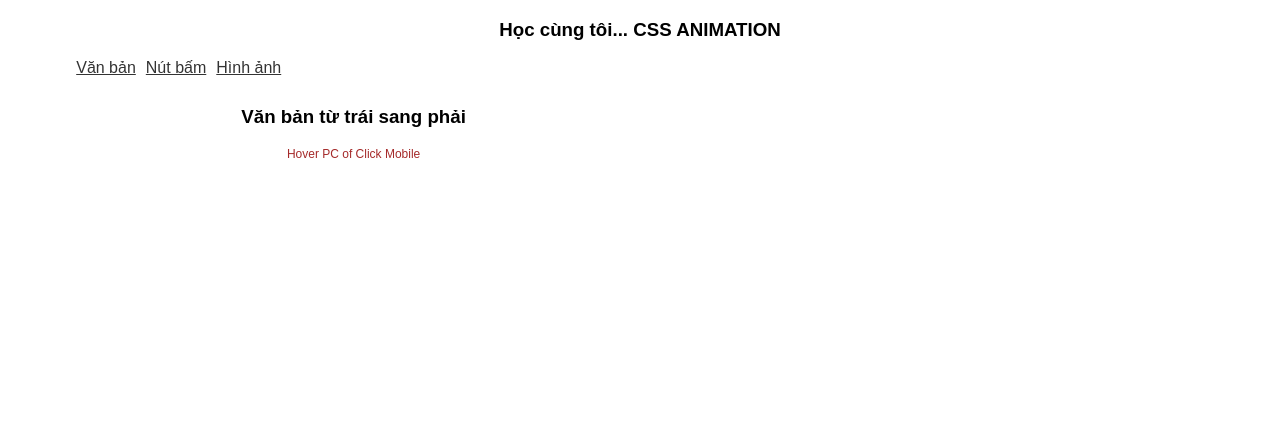
Repository: phuchoa2001/cssanimationNextjs
Page: /
An editor plug-in stored every save of this project. The page is shown before and after the next save, followed by the edit.
The browser window is 1280 px wide. The pictures show the whole page.
The project was rebuilt for these pictures with package versions that can differ from the ones it lists, and the page was loaded fresh each time. The framework's server and built-in components were replaced by stand-ins that run in the browser. Also part of the build but not shown: next.config.js.

Above is the page before, as saved 2022-09-14 18:11:14.

### pages/index.js
import Link from "next/link";

import Item from "../components/Item/Item";

export default function Home({ products }) {
  return (
    <div className="App" id="app">
      <div className='wrapper' >
        <h3 className='text'>Học cùng tôi... CSS ANIMATION</h3>
        <div className='listLink'>
          <a href="#text" className='link'>Văn bản</a>
          <a href="#button" className='link'>Nút bấm</a>
          <a href="#image" className='link'>Hình ảnh</a>
        </div>
        <div className="list">
          <Item />
        </div>
      </div>
    </div>
  );
}

/**
 * Get all of the posts and pass it as the "posts" prop
 */
// export async function getStaticProps() {
//   const res = await fetch("https://6321206282f8687273ad17ab.mockapi.io/test/products");
//   const products = await res.json();
//   return { props: { products } };
// }

### styles/globals.css
html {
  scroll-behavior: smooth;
}
body {
  font-family: sans-serif;
}
.wrapper {
  width: 90%;
  margin: 0 auto;
}
.list {
  display: grid;
  grid-template-columns: repeat(2, 1fr);
  gap: 8px;
}
.components {
  border: 1px solid #333;
  height: 300px;
}
.text {
  text-align: center;
}
.listLink {
  margin: 10px 0px;
}
.link {
  color: #333;
  margin: 0px 5px;
}
@media only screen and (max-width: 1023px) {
  .list {
    grid-template-columns: repeat(1, 1fr);
    gap: 8px;
  }
}

### components/Item/Item.jsx
import React from "react";
import styled from "styled-components";

const ItemStyles = styled.div`
  .title {
    text-align: center;
  }
  .note {
    font-size: 12px;
    text-align: center;
    color: brown;
  }
`;

function Item() {
  return (
    <ItemStyles>
      <h3 className="title">Văn bản từ trái sang phải</h3>
      <p className="note">Hover PC of Click Mobile</p>
    </ItemStyles>
  );
}

export default Item;

Loaded but not shown: pages/_app.js (common file)

After the next save:
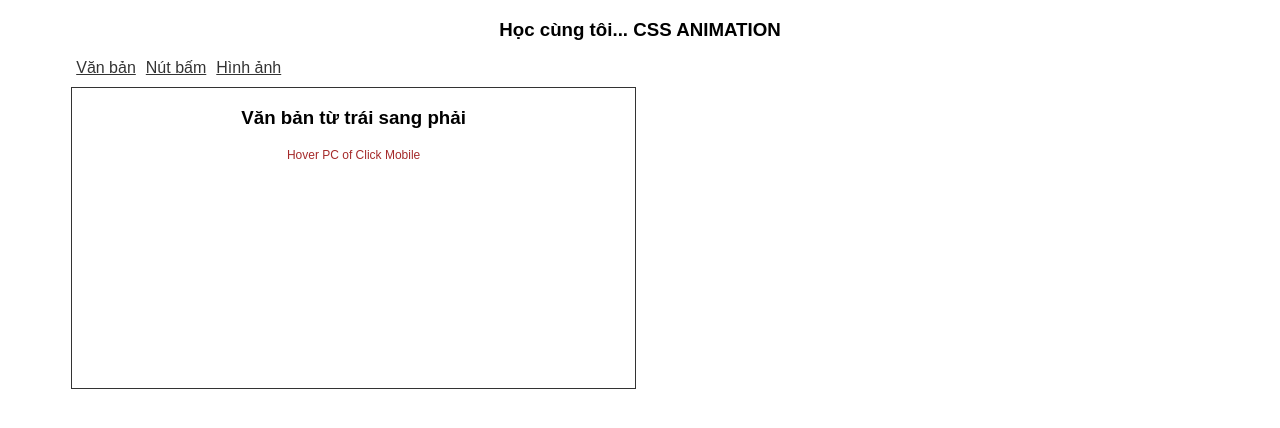
Saved 25 s later.
--- a/components/Item/Item.jsx
+++ b/components/Item/Item.jsx
@@ -2,6 +2,8 @@ import React from "react";
 import styled from "styled-components";
 
 const ItemStyles = styled.div`
+  height: 300px;
+  border: 1px solid rgb(51, 51, 51);
   .title {
     text-align: center;
   }
